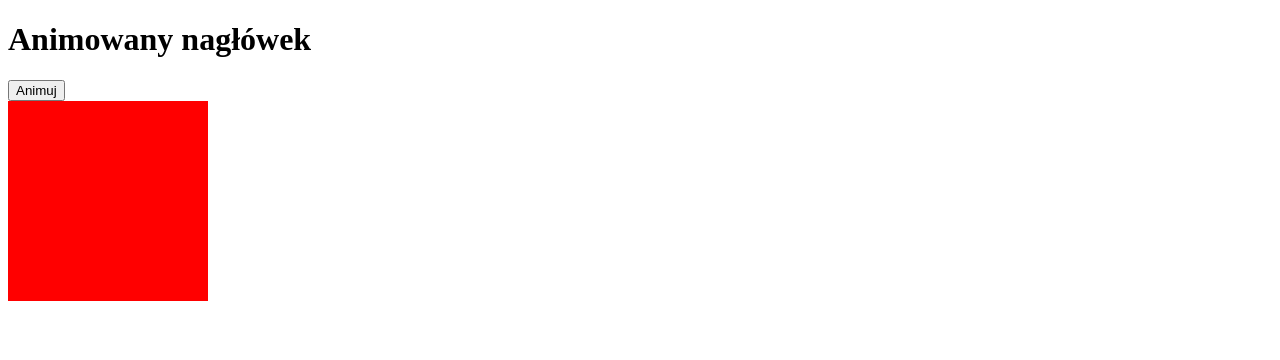
Repository: magdaf41/jQuery
Page: zadanie 3/index.html
The author's editor kept a copy of each file at every save. The page is drawn from the files as they stood at one save, then again after a run of saves.
The browser window is 1280 px wide. The pictures show the whole page.

Above is the page before, as saved 2020-09-09 21:03:19.

After the next 2 saves:
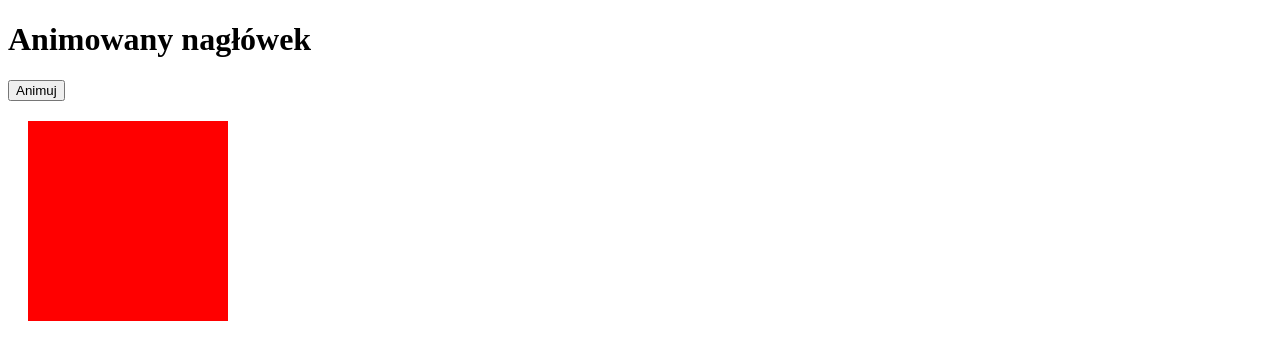
The 2 saves are shown as one change because they came seconds apart.
The last was saved 29 s later.
--- a/zadanie 3/js/main.js
+++ b/zadanie 3/js/main.js
@@ -2,6 +2,7 @@ $(document).ready(function () {
     $('#square').css({
         'height': '200px',
         'width': '200px',
-        'background-color': 'red'
+        'background-color': 'red',
+        'margin' : '20px'
     });
 });
